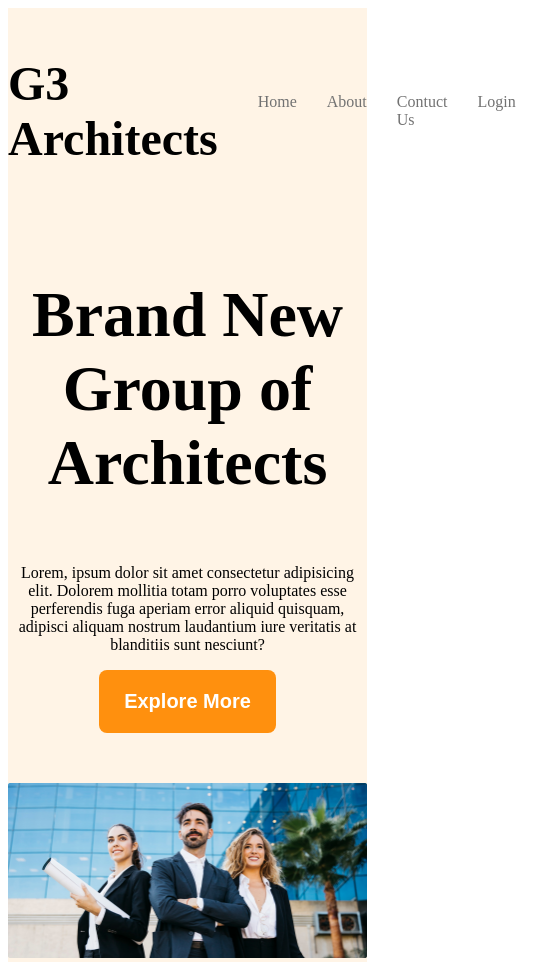
Repository: Safin421/g3-responsive-website
Page: index.html
These files come from the project's save history. The page is drawn as it stood at one moment and after the next save; the edit follows.
The browser window is 375 px wide. The page is 546 px wide, then 375 px, so the pictures cover 546 px, including what lies to the right of the window. The pictures show the whole page.

Above is the page before, as saved 2024-08-19 23:22:26.

### index.html
<!DOCTYPE html>
<html lang="en">
<head>
    <meta charset="UTF-8">
    <meta name="viewport" content="width=device-width, initial-scale=1.0">
    <title>Document</title>
    <link rel="stylesheet" href="style/style.css">
</head>
<body class="work-sans-font">
    <header class="bg-light">
        <nav class="navbar display-flex">
            <h3 class="Brand">G3 Architects</h3>
            <ul class="nav-links display-flex">
                <li class="nav-items"><a href="" class="nav-link text-gray-light">Home</a></li>
                <li class="nav-items"><a href="" class="nav-link text-gray-light">About</a></li>
                <li class="nav-items"><a href="" class="nav-link text-gray-light">Contuct Us </a></li>
                <li class="nav-items"><a href="" class="nav-link text-gray-light">Login</a></li>
            </ul>
        </nav>
        <div class="baner">
           <div class="baner-content">
            <h3 class="baner-titel">Brand New Group of Architects </h3>
            <p class="baner-description">Lorem, ipsum dolor sit amet consectetur adipisicing elit. Dolorem mollitia totam porro voluptates esse perferendis fuga aperiam error aliquid quisquam, adipisci aliquam nostrum laudantium iure veritatis at blanditiis sunt nesciunt?</p>
            <button class="btn-primary">Explore More</button>
           </div>
            <img class="baner-img" src="images/banner.png" alt="">

        </div>


    </header>
    <main>

    </main>
    <footer>

    </footer>
</body>
</html>

### style/style.css
@import url('https://fonts.googleapis.com/css2?family=Work+Sans:ital,wght@0,100..900;1,100..900&display=swap');



.work-sans-font> {
  font-family: "Work Sans", sans-serif;
  font-optical-sizing: auto;
  font-weight:400;
  font-style: normal;
}
/* share style */
.display-flex{
    display: flex;
}
.btn-primary{
    background-color: #ff900e;
    color: white;
    padding: 20px 25px;
    font-size: 1.25rem;
    font-weight: 600;
    border-radius: 8px;
    border: none;
}
/* dark02 */
.text-gray{
    color: #424242;
}
/* dark03 */
.text-gray-light{
    color: #727272;
}
.bg-light{
    background-color: rgba(255, 144, 14, 0.1);
}
/* header style */

/* nav releted style */
.navbar{
    justify-content: space-between;
    align-items: center;
}
.Brand{
    font-weight: 700;
    font-size: 3rem;
}
.nav-items{
    list-style: none;
    margin-right: 30px;
}
.nav-link{
    text-decoration: none;
}
.navbar , .baner{
    max-width: 1440px;
    margin: 0 auto;
}
/* banner style */
.baner-content{
    max-width: 850px;
    margin: 0 auto;
    text-align: center;
    margin-bottom: 50px;
}
.baner-titel{
    font-weight: 700;
    font-size: 4rem;

}
.baner-img{
    width: 100%;
}

/* responsive media qurey */
@media  screen and (max-width:576px) {

}

After the next save:
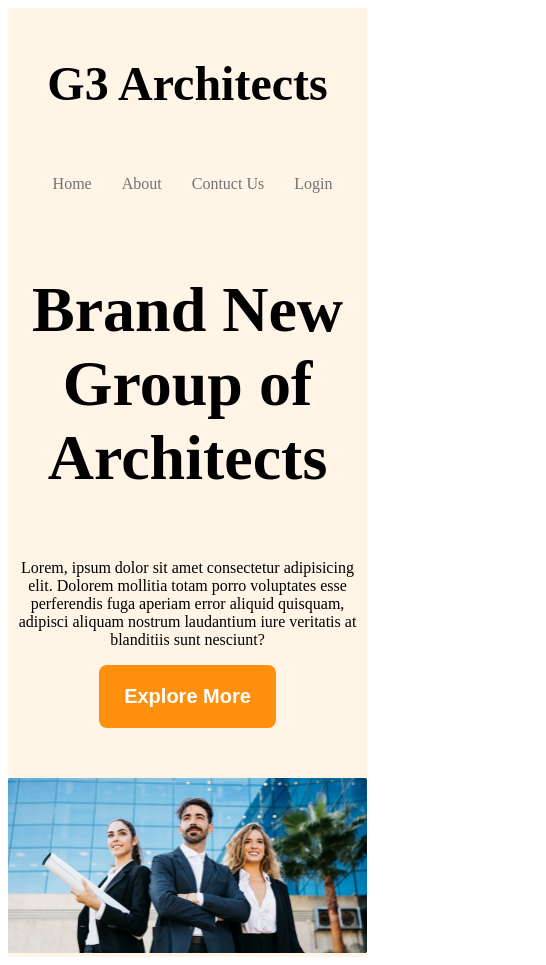
Saved 115 s later.
--- a/style/style.css
+++ b/style/style.css
@@ -72,5 +72,7 @@
 
 /* responsive media qurey */
 @media  screen and (max-width:576px) {
-
+    .navbar , .nav-link{
+        flex-direction: column;
+    }
 }
